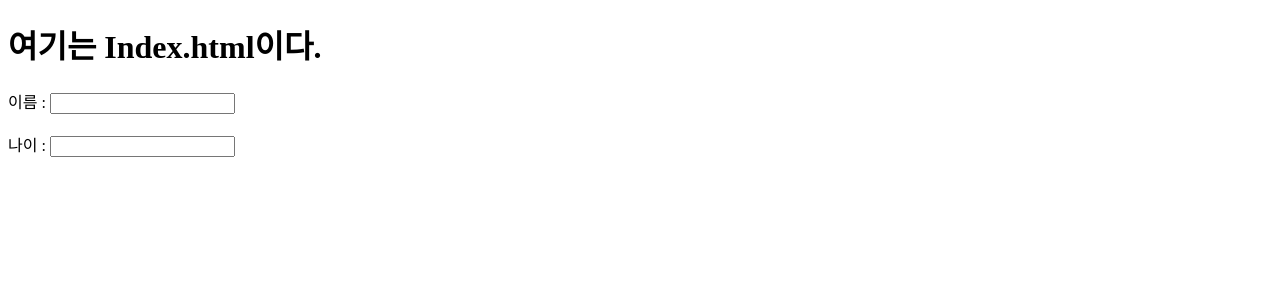
Repository: kong980/EclipseWork
Page: ServletTest3/src/main/webapp/Index.html
An editor plug-in stored every save of this project. The page is shown before and after the next save, followed by the edit.
The browser window is 1280 px wide. The pictures show the whole page.

Above is the page before, as saved 2023-09-14 03:43:00.

After the next save:
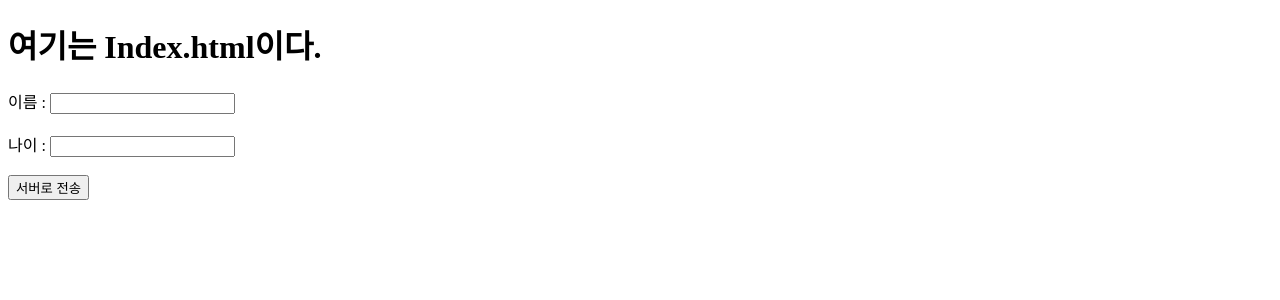
Saved 2 min 11 s later.
--- a/ServletTest3/src/main/webapp/Index.html
+++ b/ServletTest3/src/main/webapp/Index.html
@@ -32,9 +32,10 @@
 	-->
 
 	<h1>여기는 Index.html이다.</h1>
-	<form>
+	<form action="http://localhost:9999/ServletTest3/test1">
 	이름 : <input type="text" name="name"><br><br>
 	나이 : <input type="number" name="age"><br><br>
+	<input type="submit" value="서버로 전송"/>
 	</form>
 </body>
 </html>
